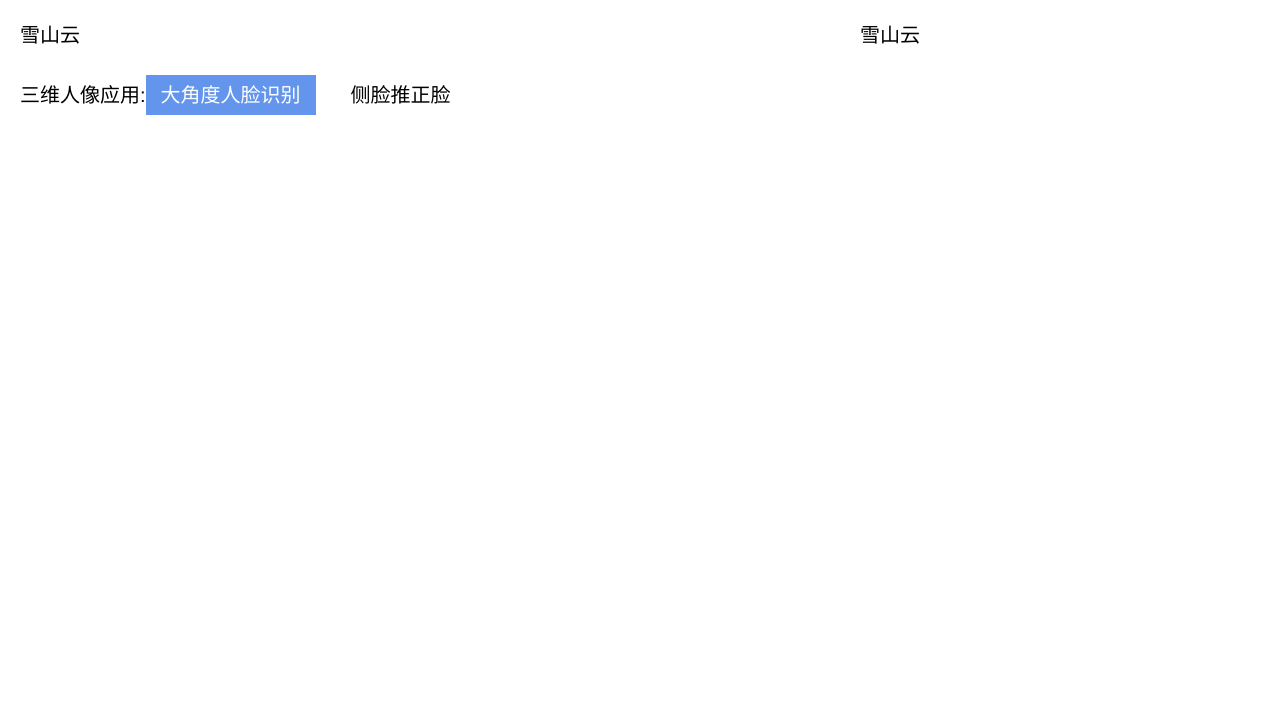
Repository: fyt2020/pubilcDemlo
Page: /
These files come from the project's save history. The page is drawn as it stood at one moment and after the next save; the edit follows.
The browser window is 1280 px wide. The pictures show the whole page.
The project was rebuilt for these pictures with package versions that can differ from the ones it lists, and the page was loaded fresh each time.

Above is the page before, as saved 2020-04-27 12:42:45.

### index.html
<!DOCTYPE html>
<html>
  <head>
    <meta charset="utf-8">
    <meta name="viewport" content="width=device-width,initial-scale=1.0">
    <title>pubilcdemo</title>
    <script src="./static/config.js"></script>
    <script src="./static/main.js"></script>
  </head>
  <body>
    <div id="app"></div>
    <!-- built files will be auto injected -->
  </body>
</html>

### src/main.js
// The Vue build version to load with the `import` command
// (runtime-only or standalone) has been set in webpack.base.conf with an alias.
import Vue from 'vue'
import App from './App'
import router from './router'
import '@/assets/css/reset.css'
import axios from '@/plugins/axios';

Vue.config.productionTip = false
Vue.prototype.$http = axios;
/* eslint-disable no-new */
new Vue({
  el: '#app',
  router,
  components: { App },
  template: '<App/>'
})

### src/router/index.js
import Vue from 'vue'
import Router from 'vue-router'
import Home from '@/pages/Home'

Vue.use(Router)

export default new Router({
  linkExactActiveClass: "exactActive",
  linkActivesClass: "active",
  routes: [
    {
      path: '/',
      name: 'home',
      component: Home,
      meta:{
        needTooken:false
      },
      redirect:'/bigAngle',
      children:[
        {
          path: 'bigAngle',
          name: 'bigAngle',
          component: () => import("@/pages/bigAngle"),
          meta:{
            needTooken:false
          },

        },
        {
          path: 'face',
          name: 'face',
          component: () => import("@/pages/face"),
          meta:{
            needTooken:false
          },

        }

      ]
    }
  ]
})

### src/assets/css/reset.css
@charset "UTF-8";
/**
 * @desc pc端常用reset.css
 * @author archer
 * @date 2018-08-26
 */
html,body,div,p,ul,li,dl,dt,dd,em,i,span,a,img,input,h1,h2,h3,h4,h5,nav,section,footer,header,table,tr,th,td,ul,li{margin:0;padding:0;box-sizing: border-box;}
h1,h2,h3,h4,h5,h6{font-weight:normal}
i,em,b{font-style:normal}
article,aside,details,figcaption,figure,footer,header,menu,nav,section {display: block;}
a,img,input {border:none;}
a {text-decoration:none;}
a:hover, a:active {outline: none;}
ul,li{list-style: none}
button,input,select,textarea{font-size:100%;outline:none}
table{border-collapse:collapse;border-spacing:0}
html, body {width: 100%;height: 100%;}
body{font-family:"Helvetica Neue",Helvetica, Arial,sans-serif; font-size: 14px;line-height:1}

### src/pages/Home.vue
<template>
  <div class="home">
      <div class="header">
           <div class="header__left">
                <img src="" alt="">
                <span>雪山云</span>
           </div>
           <div class="header__right">
                <span>雪山云</span>
           </div>
      </div>
      <div class="navigation">
            <span>三维人像应用:</span>
            <router-link tag="li" :to="{name:'bigAngle'}" class="navigation__item">大角度人脸识别</router-link>
            <router-link tag="li" :to="{name:'face'}" class="navigation__item">侧脸推正脸</router-link>
      </div>

      <div class="content">
         <router-view />
      </div>

  </div>
</template>

<script>
export default {
  data() {
    return {};
  },
  computed: {},
  created() {

  },
  mounted() {

  },
  methods: {

  },
  components: {}
};
</script>

<style lang="scss" scoped>
@import "@/assets/css/home.scss";
</style>

### src/pages/bigAngle.vue
<template>
    <div class="bigAngle">

        <div class="bigAngle__left">
             <div class="left__top"></div>
             <div class="left__bottom"></div>
        </div>
        <div class="bigAngle__right">
             <div class="right__top"></div>
             <div class="right__bottom"></div>
        </div>

    </div>
</template>

<script>
export default {
    props: {

    },
    data() {
        return {

        };
    },
    computed: {

    },
    created() {

    },
    mounted() {

    },
    watch: {

    },
    methods: {

    },
    components: {

    },
};
</script>

<style scoped lang="scss">
@import "@/assets/css/bigAngle.scss";
</style>

### src/assets/css/home.scss
.home{
    font-size: 20px;
    width: 100vw;
    height: 100vh;
    .header{

        width: 100%;
        height: 70px;
        display: flex;
        align-items: center;
        justify-content: space-between;
        padding: 0 20px;
        .header__left{
            height: 100%;
            width: 400px;
            display: flex;
            align-items: center;
        }
        .header__right{
            height: 100%;
            width: 400px;
            display: flex;
            align-items: center;
        }
    }
    .navigation{
        width: 100%;
        height: 50px;
        display: flex;
        align-items: center;
        box-sizing: border-box;
        padding: 0 20px;
        &__item{
            height: 40px;
            line-height: 40px;
            box-sizing: border-box;
            padding: 0 15px;
            margin-right: 20px;
        }
        &__item.exactActive{
             display: flex;
             background-color: cornflowerblue;
             color: #fff;
        }
    }
    .content{
        height: calc(100% - 120px);
        width: 100%;
        padding: 20px;
    }
}

### src/assets/css/bigAngle.scss
.bigAngle{
     display: flex;
     width: 100%;
     height: 100%;

     .bigAngle__left{

        width: 60%;
        height: 100%;

     }
     .bigAngle__right{

        width: 33%;
        height: 100%;

     }
}

### static/config.js
window.BASEURL = {
};

Loaded but not shown: src/App.vue (common file); src/plugins/axios.js (library)

After the next save:
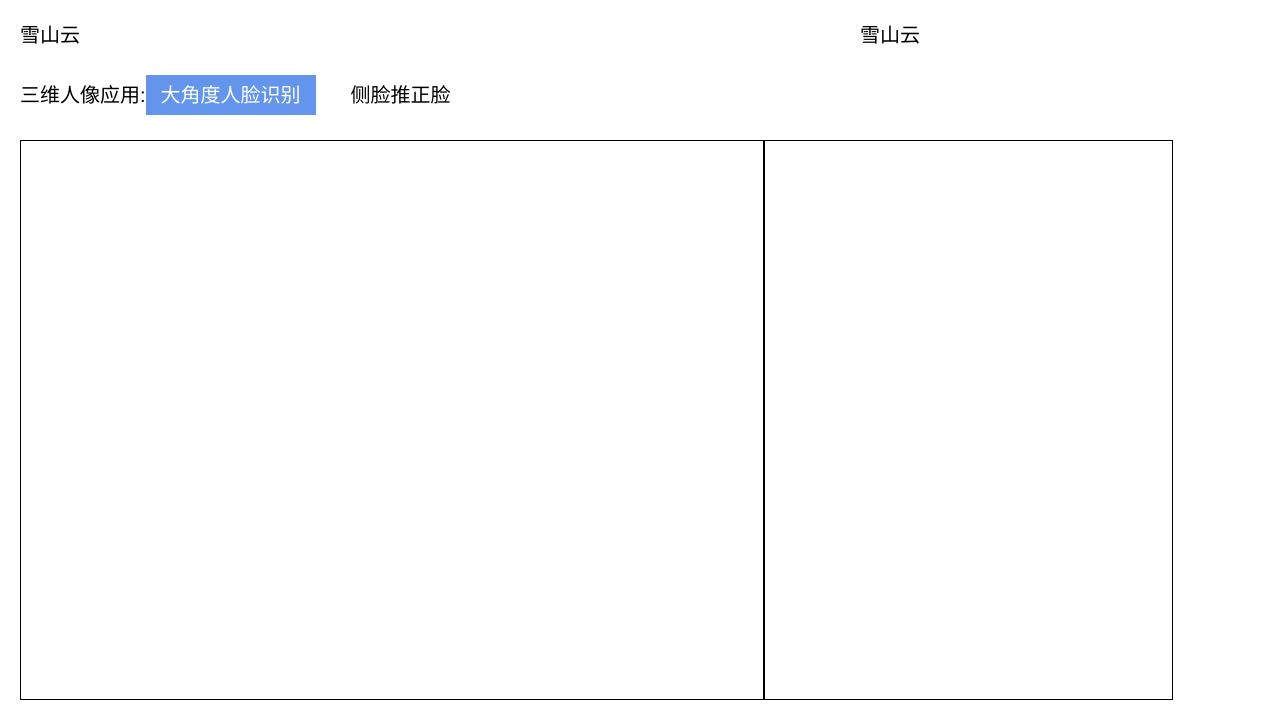
Saved 17 s later.
--- a/src/assets/css/bigAngle.scss
+++ b/src/assets/css/bigAngle.scss
@@ -7,12 +7,14 @@
 
         width: 60%;
         height: 100%;
+        border: 1px solid black;
 
      }
      .bigAngle__right{
 
         width: 33%;
         height: 100%;
+        border: 1px solid black;
 
      }
 }
